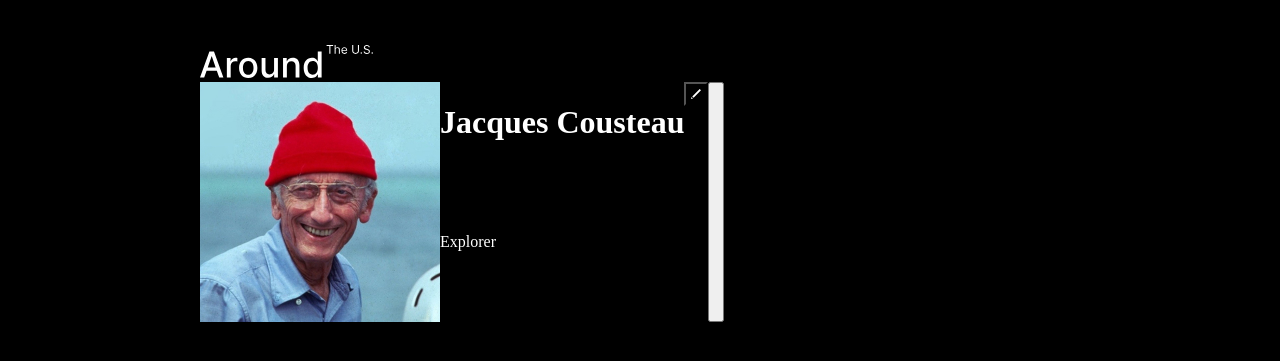
Repository: al-XLeMEsTRE/Around-The-U.S
Page: index.html
An editor plug-in stored every save of this project. The page is shown before and after the next save, followed by the edit.
The browser window is 1280 px wide. The pictures show the whole page.

Above is the page before, as saved 2023-12-12 13:37:43.

### index.html
<!DOCTYPE html>
<html lang="en">
  <head>
    <meta charset="UTF-8" />
    <meta name="viewport" content="width=device-width, initial-scale=1" />
    <meta name="author" content="Gregory Alexandre" />
    <meta
      name="description"
      content="Discover breathtaking landscapes across the U.S. with our travel guide inspired by the legendary explorer Jacques Cousteau. Explore Yosemite Valley, Lake Louise, and the Bald Mountains."
    />
    <meta
      name="keywords"
      content="Jacques Cousteau, explorer, exploration, travel, adventure, nature, landscapes, Yosemite Valley, Lake Louise, Bald Mountains, scenic views, national parks, outdoor photography, travel inspiration"
    />
    <title>Around the U.S</title>
    <link rel="shortcut icon" href="./favicon.ico" />
    <link rel="stylesheet" type="text/css" href="./pages/index.css" />
    <!-- Additional tags such as Open Graph and Twitter cards can be added here for social media optimization -->
    <!-- Open Graph meta tags -->
    <meta
      property="og:title"
      content="Explore with Jacques Cousteau | U.S. Landscapes"
    />
    <meta
      property="og:description"
      content="Join the journey through the most picturesque landscapes of the U.S., following in the footsteps of Jacques Cousteau."
    />
    <meta property="og:image" content="./images/og-image.jpg" />
    <meta property="og:type" content="website" />
  </head>

  <body class="page">
    <div class="content">
      <header class="header">
        <img
          src="./images/jacques-cousteau.svg"
          alt="logo"
          class="header__logo"
        />
      </header>
      <main class="main">
        <section class="profile">
          <img
            class="profile__avatar"
            src="./images/jacques-cousteau.jpg"
            alt="avatar"
          />
          <div class="profile__info">
            <h1 class="profile__title">Jacques Cousteau</h1>
            <button class="profile__edit-button" type="button"></button>
            <p class="profile__subtitle">Explorer</p>
          </div>
          <button class="profile__add-button"></button>
        </section>
      </main>
    </div>
  </body>
</html>

### pages/index.css
@import url("../vendor/normalize.css");
@import url("../vendor/fonts.css");
@import url("../blocks/page.css");
@import url("../blocks/header.css");
@import url("../blocks/content.css");
@import url("../blocks/profile.css");
@import url("../blocks/footer.css");
@import url("../blocks/card.css");
@import url("../blocks/cards.css");

### vendor/fonts.css
@font-face {
  font-family: "Inter";
  font-style: normal;
  font-weight: 400;
  font-display: swap;
  src: url("./fonts/Inter-Regular.woff2") format("woff2");
}

@font-face {
  font-family: "Inter";
  font-style: normal;
  font-weight: 500;
  font-display: swap;
  src: url("./fonts/Inter-Medium.woff2") format("woff2");
}

@font-face {
  font-family: "Inter";
  font-style: normal;
  font-weight: 800;
  font-display: swap;
  src: url("./fonts/Inter-ExtraBold.woff2") format("woff2");
}

### blocks/page.css
.page {
  background-color: black;
  color: white;
}

.content {
  margin-left: 200px;
  margin-right: 200px;
}
.header {
  margin-top: 45px;
  width: 880px;
}
.profile {
  display: flex;
}
.profile__info {
  display: grid;
  grid-template-areas:
    "title button"
    "description description";
  grid-template-columns: minmax(auto 373px) auto;
}
.profile__edit-button {
  background: url(../images/edit-button.svg) center no-repeat;
  height: 24px;
  width: 24px;
}

Loaded but not shown: vendor/normalize.css (library); blocks/header.css (no stored copy; drawn as an empty file); blocks/content.css (no stored copy; drawn as an empty file); blocks/profile.css (no stored copy; drawn as an empty file); blocks/footer.css (no stored copy; drawn as an empty file); blocks/card.css (no stored copy; drawn as an empty file); blocks/cards.css (no stored copy; drawn as an empty file)

After the next save:
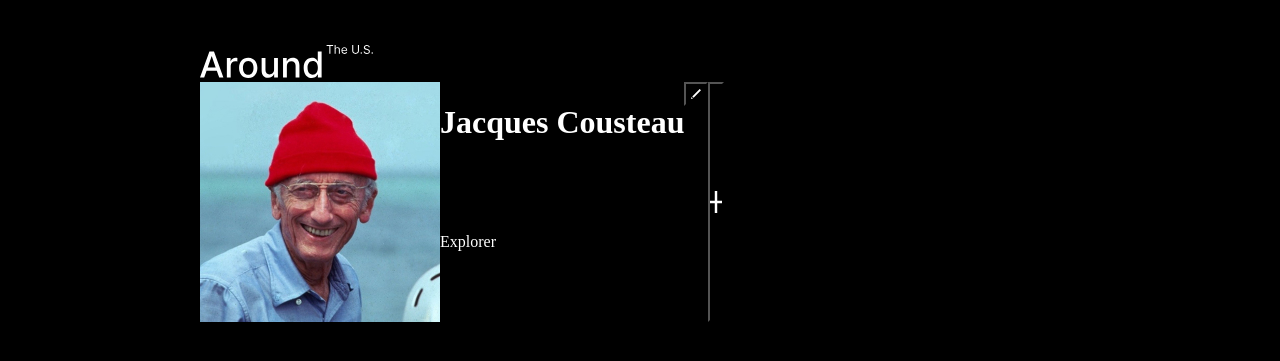
Saved 2 min 15 s later.
--- a/blocks/page.css
+++ b/blocks/page.css
@@ -26,3 +26,7 @@
   height: 24px;
   width: 24px;
 }
+
+.profile__add-button {
+  background: url(../images/add-button.svg) center no-repeat;
+}
